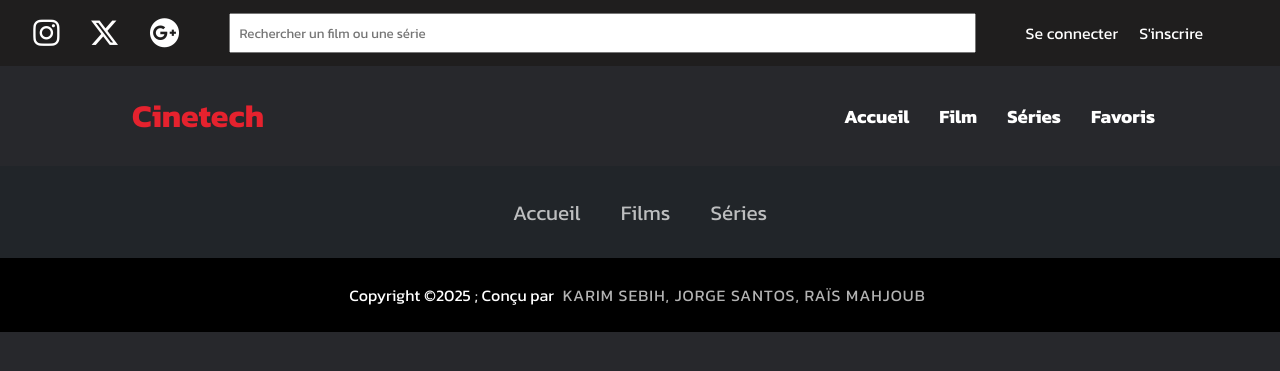
Repository: karim-sebih/cinetech
Page: pages/film.html
An editor plug-in stored every save of this project. The page is shown before and after the next save, followed by the edit.
The browser window is 1280 px wide. The pictures show the whole page.
Some web libraries are served in a nearby version.

Above is the page before, as saved 2025-04-24 09:45:02.

### pages/film.html
<!DOCTYPE html>
<html lang="fr">
<head>
    <meta charset="UTF-8">
    <meta name="viewport" content="width=device-width, initial-scale=1.0">
    <link rel="stylesheet" href="../styles/detail.css">
    <script src="https://kit.fontawesome.com/ca3234fc7d.js" crossorigin="anonymous"></script>
    <link rel="preconnect" href="https://fonts.googleapis.com">
    <link rel="preconnect" href="https://fonts.gstatic.com" crossorigin>
    <link href="https://fonts.googleapis.com/css2?family=Kanit:ital,wght@0,100;0,200;0,300;0,400;0,500;0,600;0,700;0,800;0,900;1,100;1,200;1,300;1,400;1,500;1,600;1,700;1,800;1,900&display=swap" rel="stylesheet">
    <title>Détail</title>
</head>
<body>
    <header>
        <nav class="navbar">
            <div class="buttons">
                <a href="#"><i class="fa-brands fa-instagram"></i></a>
                <a href="#"><i class="fa-brands fa-x-twitter"></i></a>
                <a href="#"><i class="fa-brands fa-google-plus"></i></a>
            </div>
            <div class="search-container">
                <input type="text" id="search-bar" placeholder="Rechercher un film ou une série" autocomplete="off">
                <button id="clear-search">x</button>
                <div id="suggestions" class="suggestion-box"></div>
            </div>
            <div class="sign">
                <a href="#">Se connecter</a>
                <a href="#">S'inscrire</a>
            </div>
        </nav>
    </header>
    <div class="secondnav">
        <div class="cinetech">
            <h1>Cinetech</h1>
        </div>
        <div class="nav">
            <a href="../index.html"><h3>Accueil</h3></a>
            <a href="./film.html"><h3>Film</h3></a>
            <a href="./series.html"><h3>Séries</h3></a>
            <a href="./favoris.html"><h3>Favoris</h3></a>
        </div>
    </div>


    <footer>
        <div class="footerContainer">
            <div class="footerNav">
                <ul>
                    <li><a href="./index.html">Accueil</a></li>
                    <li><a href="/pages/film.html">Films</a></li>
                    <li><a href="./pages/series.html">Séries</a></li>
                </ul>
            </div>
<div class="footerBottom">
                <p>Copyright &copy;2025 ; Conçu par <span class="designer">Karim Sebih, Jorge Santos, Raïs Mahjoub</span></p>
            </div>
        </div>
    </footer>
</body>
</html>

### styles/detail.css
* {
    margin: 0;
    padding: 0;
    box-sizing: border-box;
    font-family: "Kanit", sans-serif;
  }


  a {
    text-decoration: none;
    color: white;

  }

  body {
    margin: 0;
    width: 100%;
    min-height: 100vh;
    overflow-x: auto;
    background-color: rgb(39, 40, 44);
    color: white;
  }

  /* Nav bar */

  a{
    text-decoration: none;
    color: white;
  }

  a:hover{
  color: red;
  }

  header{
  position: relative;
  padding: 0.2rem;
  background-color: rgb(31, 30, 30);
  }

  .navbar {
  margin-left: 10px;
  width: 100%;
  max-width: 1200px;
  height: 60px;
  margin: 0;
  display: flex;
  align-items: center;
  gap: 50px;

  }



.buttons{
  padding-left: 30px;
  display: flex;
  align-items: center;
 justify-content: space-between;
 gap: 30px;
 font-size: 30px;
}


.search-container {
  position: relative;
  width: 70%;
  display: flex;

  align-items: center;
}

#search-bar {
  width: 100%;
  height: 100%;
  padding: 8px;


  padding-right: 30px;
}

#clear-search {
  position: absolute;
  top:5px;
  right: 30px;
  background: transparent;
  border: none;
  font-size: 16px;
  cursor: pointer;
  display: none; /* Caché par défaut */
}

.suggestion-box {
  position: absolute;
  width: 100%;
  background: white;

  max-height: 150px;
  overflow-y: auto;
  z-index: 1000;
  top: 35px;
}

.suggestion-item {
  padding: 8px;
  cursor: pointer;
}

.suggestion-item:hover {
  background: #f0f0f0;
}

/* Ajout dans styles/index.css */
.suggestion-box {
  position: absolute;
  width: 100%;
  background: white;
  max-height: 150px;
  overflow-y: auto;
  z-index: 1000;
  top: 40px;
  border-radius: 4px;
  box-shadow: 0 2px 5px rgba(0, 0, 0, 0.1);
}

.suggestion-item {
  padding: 8px;
  cursor: pointer;
  color: black;
}

.suggestion-item:hover {
  background: #f0f0f0;
}

#clear-search {
  background: none;
  border: none;
  font-size: 20px;
  color: black;
  cursor: pointer;
  margin-bottom: 12px;
}



.sign{
  display: flex;
  align-items: center;
 justify-content: space-between;
  flex-wrap:wrap-reverse;
  width: 200px;

  right: 50%;

}

 /*second nav*/

.secondnav{
    width: 100%;
    height: 100px;
    display: flex;
    align-items: center;
    gap: 200px;
    border: 10px;


}

h1 {
  padding-left: 100%;
  color: #e5222e  ;

}

.nav{

  display: flex;
  gap: 30px;
  margin-left: 40%;

}


/* Ajouter ces styles à la fin de detail.css */

/* Conteneur principal des détails */
.details-container {
  max-width: 1200px;
  margin: 30px auto;
  padding: 20px;
  background-color: #1a1a1a;
  border-radius: 10px;
  box-shadow: 0 4px 8px rgba(0, 0, 0, 0.3);
}

/* Contenu des détails (image + texte) */
.details-content {
  display: flex;
  gap: 30px;
  flex-wrap: wrap;
}

/* Affiche */
.details-poster {
  width: 300px;
  height: auto;
  border-radius: 8px;
  object-fit: cover;
}

/* Texte des détails */
.details-text {
  flex: 1;
  display: flex;
  flex-direction: column;
  gap: 15px;
}

.details-text h2 {
  font-size: 2.2em;
  color: #e5222e;
}

.details-text .overview {
  font-size: 1.1em;
  line-height: 1.5;
}

.details-text p {
  font-size: 1em;
}

.details-text strong {
  color: #e5222e;
}

/* Bouton Ajouter aux favoris */
.favorite-btn {
  background-color: #e5222e;
  color: white;
  border: none;
  padding: 10px 20px;
  border-radius: 5px;
  cursor: pointer;
  font-size: 1em;
  transition: background-color 0.3s ease;
  width: fit-content;
}

.favorite-btn:hover {
  background-color: #c41d27;
}

/* Message d'erreur */
.error-message {
  text-align: center;
  font-size: 1.2em;
  color: #ff5555;
}

/* Responsivité */
@media (max-width: 768px) {
  .details-content {
    flex-direction: column;
    align-items: center;
  }

  .details-poster {
    width: 200px;
  }

  .details-text h2 {
    font-size: 1.8em;
  }
}


.similar-container {
  max-width: 1200px;
  margin: 40px auto;
  padding: 20px;
  background-color: #1a1a1a;
  border-radius: 10px;
  box-shadow: 0 4px 8px rgba(0, 0, 0, 0.3);
}

.similar-container h2 {
  font-size: 1.8em;
  color: #e5222e;
  margin-bottom: 20px;
}

.similar-items {
  display: flex;
  gap: 20px;
  overflow-x: auto;
  padding-bottom: 10px;
}


.similar-item {
  flex: 0 0 auto;
  width: 200px;
  text-align: center;
}

.similar-poster {
  width: 100%;
  height: auto;
  border-radius: 8px;
  margin-bottom: 10px;
}

.similar-item h3 {
  font-size: 1.1em;
  margin-bottom: 10px;
  color: white;
  white-space: nowrap;
  overflow: hidden;
  text-overflow: ellipsis;
}


.similar-item .details-btn {
  background-color: #e5222e;
  color: white;
  border: none;
  padding: 8px 16px;
  border-radius: 5px;
  cursor: pointer;
  font-size: 0.9em;
  transition: background-color 0.3s ease;
}

.similar-item .details-btn:hover {
  background-color: #c41d27;
}

/* Responsivité */
@media (max-width: 768px) {
  .similar-items {
    gap: 15px;
  }

  .similar-item {
    width: 150px;
  }

  .similar-item h3 {
    font-size: 0.9em;
  }

  .similar-item .details-btn {
    padding: 6px 12px;
    font-size: 0.8em;
  }
}
footer {
    padding: 0;
    margin: 0;
    box-sizing: border-box;
  }

  footer {
    background-color: #111;
  }

  .footerContainer {
    width: 100%;
  padding-top: 1px;
    background-color: #212529;
  }

  .socialIcons {
    display: flex;
    justify-content: center;

  }

  .socialIcons a {
    text-decoration: none;
    padding: 9px;
    background-color: white;
    margin: 10px;
    border-radius: 50%;
  }

  .socialIcons a i {
    font-size: 2em;
    color: black;
    opacity: 0, 9;
  }

  /* Hover affect on social media icon */
  .socialIcons a:hover {
    background-color: #111;
    transition: 0.5s;
  }

  .socialIcons a:hover i {
    color: white;
    transition: 0.5s;
  }

  .footerNav {
    margin: 30px 0;
  }

  .footerNav ul {
    display: flex;
    justify-content: center;
    list-style-type: none;
  }

  .footerNav ul li a {
    color: white;
    margin: 20px;
    text-decoration: none;
    font-size: 1.3em;
    opacity: 0.7;
    transition: 0.5s;

  }

  .footerNav ul li a:hover {
    opacity: 1;
  }

  .footerBottom {
    background-color: #000;
    padding: 25px;
    text-align: center;
  }

  .footerBottom p {
    color: white;
  }


  .designer {
    opacity: 0.7;
    text-transform: uppercase;
    letter-spacing: 1px;
    font-weight: 400;
    margin: 0px 5px;
  }

  @media (max-width:990px) {
    .footerNav ul {
      flex-direction: column;
    }
    .footerNav ul li {
      width: 100%;
      text-align: center;
      margin:10px;
    }


    @media (max-width:599px) {
      .footerNav ul {
        flex-direction: column;
      }
      .footerNav ul li {
        width: 100%;
        text-align: center;
        margin:10px;
      }
    }
  }

After the next save:
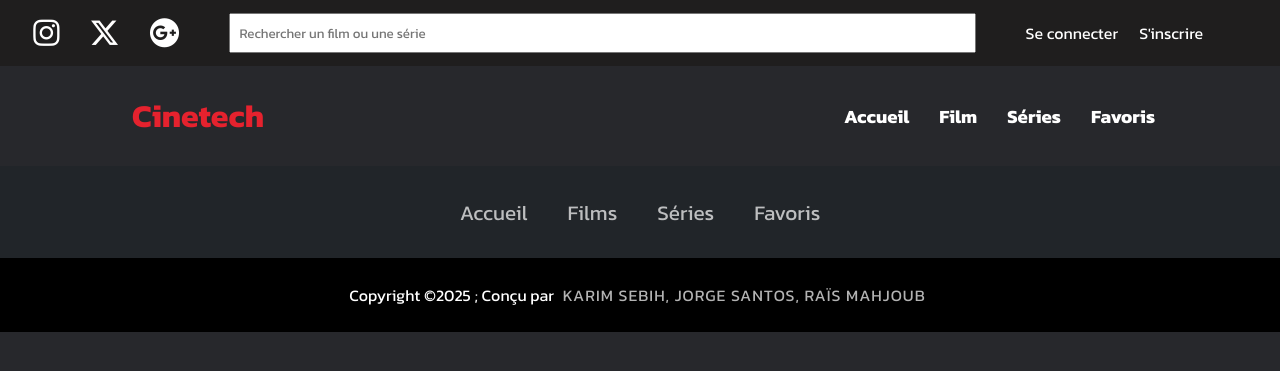
Saved 15 s later.
--- a/pages/film.html
+++ b/pages/film.html
@@ -46,13 +46,14 @@
         <div class="footerContainer">
             <div class="footerNav">
                 <ul>
-                    <li><a href="./index.html">Accueil</a></li>
-                    <li><a href="/pages/film.html">Films</a></li>
-                    <li><a href="./pages/series.html">Séries</a></li>
+                    <li><a href="../index.html">Accueil</a></li>
+                    <li><a href="./film.html">Films</a></li>
+                    <li><a href="./series.html">Séries</a></li>
+                    <li><a href="./pages/favoris.html">Favoris</a></li>
                 </ul>
             </div>
-<div class="footerBottom">
-                <p>Copyright &copy;2025 ; Conçu par <span class="designer">Karim Sebih, Jorge Santos, Raïs Mahjoub</span></p>
+            <div class="footerBottom">
+                <p>Copyright ©2025 ; Conçu par <span class="designer">Karim Sebih, Jorge Santos, Raïs Mahjoub</span></p>
             </div>
         </div>
     </footer>
